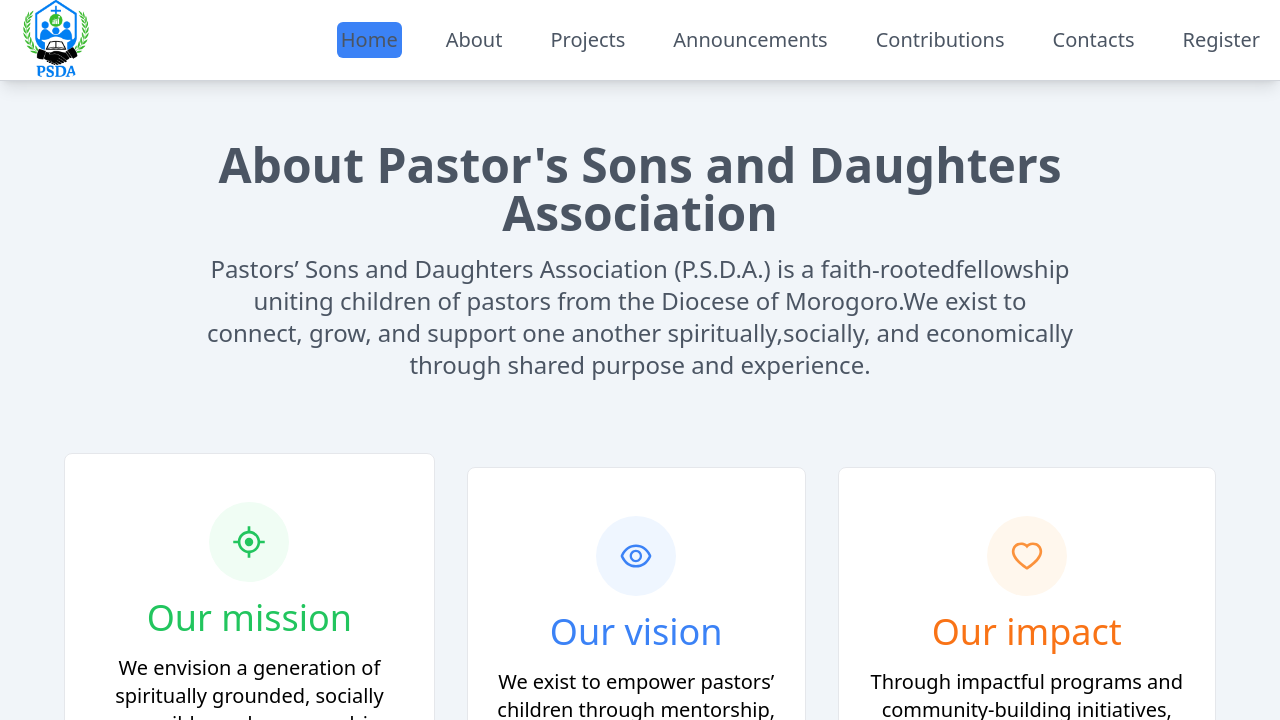
Repository: Zedestar/psda
Page: /about
These files come from the project's save history. The page is drawn as it stood at one moment and after the next save; the edit follows.
The browser window is 1280 px wide. The pictures show the whole page.
An inner scrolling area shows only its first screen. The project was rebuilt for these pictures with package versions that can differ from the ones it lists, and the page was loaded fresh each time. Also part of the build but not shown: src/components/button/full-rounded-button.jsx, src/components/homepic/index.jsx, src/pages/home/what-we-do.js, src/pages/home/home.jsx, src/components/cards/project-card.jsx, src/pages/projects/face-card-data.js, src/pages/projects/project-idea-data.js, src/pages/projects/projects-data.js and 10 more.

Above is the page before, as saved 2025-07-21 20:18:47.

### public/index.html
<!DOCTYPE html>
<html lang="en">
  <head>
    <meta charset="utf-8" />
    <link rel="icon" href="%PUBLIC_URL%/favicon.ico" />
    <meta name="viewport" content="width=device-width, initial-scale=1" />
    <meta name="theme-color" content="#000000" />
    <meta
      name="description"
      content="Web site created using create-react-app"
    />
    <!-- <link rel="apple-touch-icon" href="%PUBLIC_URL%/psdaImage.png" /> -->
    <!-- <link rel="manifest" href="%PUBLIC_URL%/manifest.json" /> -->

    <title>psda</title>
  </head>
  <body>
    <noscript>You need to enable JavaScript to run this app.</noscript>
    <div id="root"></div>

  </body>
</html>

### src/index.js
import React from "react";
import ReactDOM from "react-dom/client";
import App from "./App";
import "./index.css";
import { BrowserRouter } from "react-router-dom";

const root = ReactDOM.createRoot(document.getElementById("root"));
root.render(
  <BrowserRouter>
    <React.StrictMode>
      <App />
    </React.StrictMode>
  </BrowserRouter>
);

### src/App.js
import { Route, Routes } from "react-router-dom";
import Header from "./components/header/header";
import Home from "./pages/home/home";
import AboutPage from "./pages/about/about";
import Projects from "./pages/projects/projects";
import Announcements from "./pages/announcements/announcements";
import Contributions from "./pages/contirbutions/contributions";
import Contacts from "./pages/contacts/contacts";
import Register from "./pages/register/register.jsx";

function App() {
  return (
    <div className="flex flex-col items-center flex-center h-screen  bg-slate-100">
      <Header />
      <Routes>
        <Route path="/" element={<Home />} />
        <Route path="/about" element={<AboutPage />} />
        <Route path="/projects" element={<Projects />} />
        <Route path="/announcements" element={<Announcements />} />
        <Route path="/contributions" element={<Contributions />} />
        <Route path="/contact" element={<Contacts />} />
        <Route path="/register" element={<Register />} />
      </Routes>
    </div>
  );
}

export default App;

### src/components/header/header.jsx
import { useState } from "react";
import headerData from "./header-data";
import HeaderItem from "./header-item";
import psdaImage from "../../assets/images/psdaImage.png";

function Header() {
  const [active, setActive] = useState(1);
  return (
    <div className="w-full flex justify-center shadow-lg bg-white">
      <header className="w-full flex items-center justify-between px-4  border-b border-b-gray-300 max-w-screen-2xl">
        <div className="text-3xl rounded-full overflow-hidden">
          <img className="h-20 w-20" src={psdaImage} alt="" />
        </div>{" "}
        <ul className="hidden lg:flex justify-center py-5 space-x-10 flex-center">
          {headerData.map((item) => (
            <HeaderItem
              key={item.id}
              item={item}
              active={active}
              setActive={setActive}
            />
          ))}
        </ul>
        <ul className="lg:hidden">
          <li>miaaa</li>
          <li>miaaa</li>
          <li>miaaa</li>
          <li>miaaa</li>
          <li>miaaa</li>
        </ul>
      </header>
    </div>
  );
}

export default Header;

### src/pages/about/about.jsx
import FaceCard from "../../components/cards/face-card";
import LeadersCard from "../../components/cards/leaders-card";
import PrimaryCard from "../../components/cards/primary-card";
import SecondaryCard from "../../components/cards/secondary-card";
import TwoLinesCards from "../../components/cards/two-lines-card";
import Container from "../../components/container";
import aboutUsData from "./about-us-data";
import core_objectives_data from "./core-objective-goals-data";
import our_core_value_data from "./core-value-data";
import historyStatusData from "./history-status-data";
import leadersData from "./leaders-data";
import mission_vission_impact_data from "./mission-vission-impact";
import our_leadership_data from "./our-leadership-data";

function AboutPage() {
  return (
    <Container>
      <div className="flex flex-col m-5 space-y-6">
        {aboutUsData.map((item) => (
          <FaceCard item={item} />
        ))}
      </div>
      <div className="flex flex-col lg:flex-row items-center justify-around mx-12">
        {mission_vission_impact_data.map((item) => (
          <PrimaryCard item={item} />
        ))}
      </div>
      <div className="flex flex-col m-5 space-y-6">
        {our_core_value_data.map((item) => (
          <FaceCard item={item} />
        ))}
      </div>
      <div className="grid grid-cols-1 md:grid-cols-2 lg:grid-cols-3">
        {core_objectives_data.map((item) => (
          <SecondaryCard item={item} />
        ))}
      </div>
      <div className="flex flex-col lg:flex-row items-center ">
        <div className="flex flex-col  m-5 space-y-6 w-1/2">
          <p className="text-3xl font-semibold text-gray-800">
            Our Core Values
          </p>
          <p className="text-gray-600 text-xl">
            PSDA began in 2021 when a group of young leaders and mentors saw the
            need to support pastors’ children through a dedicated, faith-based
            community. Starting with just 12 members, we've grown into a strong
            network of sons and daughters walking similar journeys. What began
            as small fellowships has grown into a diverse program offering
            discipleship, leadership training, entrepreneurship, creative arts,
            and outreach—shaped by the voices of the members themselves. Today,
            our alumni are making meaningful impacts in ministry, business, and
            their communities, living out the purpose and values nurtured
            through PSDA.
          </p>
        </div>
        <div className="grid grid-cols-2">
          {historyStatusData.map((item) => (
            <TwoLinesCards item={item} />
          ))}
        </div>
      </div>
      <div className="flex flex-col m-5 space-y-6">
        {our_leadership_data.map((item) => (
          <FaceCard item={item} />
        ))}
      </div>
      <div className="flex">
        {leadersData.map((item) => (
          <LeadersCard item={item} />
        ))}
      </div>
    </Container>
  );
}

export default AboutPage;

### src/components/header/header-data.js
const headerData = [
  {
    id: 1,
    content: "Home",
    link: "/",
  },
  {
    id: 2,
    content: "About",
    link: "/about",
  },
  {
    id: 3,
    content: "Projects",
    link: "/projects",
  },
  {
    id: 4,
    content: "Announcements",
    link: "/announcements",
  },
  {
    id: 5,
    content: "Contributions",
    link: "/contributions",
  },
  {
    id: 6,
    content: "Contacts",
    link: "/contact",
  },
  {
    id: 7,
    content: "Register",
    link: "/register",
  },
];

export default headerData;

### src/components/header/header-item.jsx
import { Link } from "react-router-dom";

function HeaderItem({ item, active, setActive }) {
  console.log(active);
  return (
    <li
      className={`p-1 rounded-md text-xl text-gray-600 font-gray-100 hover:bg-gray-200 transition cursor-pointer ${
        item.id === active ? "bg-blue-500" : ""
      }`}
      onClick={() => setActive(item.id)}
    >
      <Link to={item.link}>{item.content}</Link>
    </li>
  );
}

export default HeaderItem;

### src/components/cards/primary-card.jsx
function PrimaryCard({ item }) {
  return (
    <div className="border flex flex-col justify-center mx-4 my-3 space-y-4 px-4 py-12 rounded-lg text-center max-w-lg hover:shadow-lg transition  bg-white">
      <div className="w-full flex items-center justify-center">
        <div
          className={`flex items-center justify-center rounded-full ${item.color} w-20 h-20`}
        >
          {item.icon}
        </div>
      </div>

      <p className={`text-4xl ${item.text_color}`}>{item.title}</p>
      <p className="text-xl">{item.content}</p>
    </div>
  );
}

export default PrimaryCard;

### src/components/cards/two-lines-card.jsx
function TwoLinesCards({ item }) {
  return (
    <div
      className={`flex items-center justify-center flex-col ${item.bgColor} px-5 py-3 m-5 rounded-lg w-64`}
    >
      <p className={`text-3xl font-bold ${item.textColor}`}>{item.number}</p>
      <p className="text-gray-400 ">{item.content}</p>
    </div>
  );
}

export default TwoLinesCards;

### src/pages/home/psda-highlights.js
import {
  FaUsers,
  FaPalette,
  FaLaptopCode,
  //   GiProgression,
  FaChild,
} from "react-icons/fa";

const psdaHighlights = [
  {
    id: 1,
    title: "Community Building",
    content:
      "We connect young people to form lasting friendships and supportive peer networks that strengthen communities.",
    icon: <FaUsers className="text-4xl text-blue-400" />,
    color: "bg-blue-50",
    text_color: "text-gray-500",
  },
  {
    id: 2,
    title: "Creative Projects",
    content:
      "Our programs encourage hands-on learning through art, technology, and community improvement initiatives.",
    icon: <FaPalette className="text-4xl text-blue-400" />,
    color: "bg-blue-50",
    text_color: "text-gray-500",
  },
  {
    id: 3,
    title: "Character Development",
    content:
      "We help children build confidence, leadership skills, and positive values that prepare them for life’s challenges.",
    icon: <FaLaptopCode className="text-4xl text-blue-400" />,
    color: "bg-blue-50",
    text_color: "text-gray-500",
  },
  {
    id: 4,
    title: "Achievement Recognition",
    content:
      "We celebrate every milestone and accomplishment to inspire pride, motivation, and continued growth.",
    icon: <FaChild className="text-4xl text-blue-400" />,
    color: "bg-blue-50",
    text_color: "text-gray-500",
  },
];

export default psdaHighlights;

### src/components/cards/face-card.jsx
function FaceCard({ item }) {
  return (
    <div className="space-y-4 flex flex-col items-center justify-center">
      <p className="text-5xl w-[80%] font-bold text-gray-600 text-center">
        {item.title}
      </p>
      <p className="text-2xl w-[70%] text-center text-gray-600">
        {item.description}
      </p>
    </div>
  );
}

export default FaceCard;

### src/components/cards/leaders-card.jsx
function LeadersCard({ item }) {
  return (
    <div className="border flex flex-col justify-center mx-4 my-3 space-y-4 px-4 py-12 rounded-lg text-center max-w-lg hover:shadow-lg transition  bg-white">
      <div className="w-full flex items-center justify-center ">
        <div className="flex items-center justify-center text-3xl rounded-full w-20 h-20 bg-gradient-to-br from-blue-400 to-green-500">
          {item.initials}
        </div>
      </div>

      <p className="text-2xl font-bold">{item.name}</p>
      <p className="text-xl text-blue-500">{item.title}</p>
      <p className="text-lg">{item.description}</p>
    </div>
  );
}

export default LeadersCard;

### src/components/cards/secondary-card.jsx
function SecondaryCard({ item }) {
  return (
    <div className="border flex flex-col justify-center mx-4 my-3 h-82 w-82 space-y-4 px-4 py-12 rounded-lg text-start max-w-lg hover:scale-105 transition  bg-white">
      <div className="w-full flex items-center justify-start">
        <div
          className={`flex items-center justify-center rounded-full ${item.color} w-20 h-20`}
        >
          {item.icon}
        </div>
      </div>

      <p className={`text-4xl ${item.text_color}`}>{item.title}</p>
      <p className="text-xl">{item.content}</p>
    </div>
  );
}

export default SecondaryCard;

### src/components/container/index.jsx
function Container({ children }) {
  return (
    <div className="w-full h-full flex justify-center overflow-x-scroll">
      <div className="w-full h-full py-10 space-y-10 max-w-screen-2xl flex flex-col items-center">
        {children}
      </div>
    </div>
  );
}

export default Container;

### src/pages/about/about-us-data.js
const aboutUsData = [
  {
    title: "About Pastor's Sons and Daughters Association",
    description:
      "Pastors’ Sons and Daughters Association (P.S.D.A.) is a faith-rootedfellowship uniting children of pastors from the Diocese of Morogoro.We exist to connect, grow, and support one another spiritually,socially, and economically through shared purpose and experience.",
  },
];

export default aboutUsData;

### src/pages/about/core-objective-goals-data.js
import {
  AiOutlineTeam,
  AiOutlineBulb,
  AiOutlineTool,
  AiOutlineStar,
  AiOutlineGift,
} from "react-icons/ai";

const core_objectives_data = [
  {
    id: 1,
    title: "Fellowship and Networking",
    content:
      "To foster strong, lasting relationships among pastors' children by encouraging unity, love, and mutual support within the community.",
    icon: <AiOutlineTeam className="text-4xl text-teal-500" />,
    color: "bg-teal-50",
    text_color: "text-teal-500",
  },
  {
    id: 2,
    title: "Opportunity Awareness",
    content:
      "To actively seek out and share opportunities for growth, development, and advancement—both spiritually and economically.",
    icon: <AiOutlineBulb className="text-4xl text-purple-500" />,
    color: "bg-purple-50",
    text_color: "text-purple-500",
  },
  {
    id: 3,
    title: "Problem Solving",
    content:
      "To openly discuss and confront common challenges we face as a community, and work hand in hand to find sustainable solutions.",
    icon: <AiOutlineTool className="text-4xl text-yellow-500" />,
    color: "bg-yellow-50",
    text_color: "text-yellow-500",
  },
  {
    id: 4,
    title: "Talent Discovery & Development",
    content:
      "To identify, nurture, and empower the God-given talents within us, enabling every member to reach their full potential.",
    icon: <AiOutlineStar className="text-4xl text-pink-500" />,
    color: "bg-pink-50",
    text_color: "text-pink-500",
  },
  {
    id: 5,
    title: "Support for Our Parents",
    content:
      "To express gratitude and honor our pastoral parents by supporting them in practical ways—spiritually, emotionally, and materially.",
    icon: <AiOutlineGift className="text-4xl text-red-500" />,
    color: "bg-red-50",
    text_color: "text-red-500",
  },
];

export default core_objectives_data;

### src/pages/about/core-value-data.js
const our_core_value_data = [
  {
    title: "Our Core Values",
    description:
      "These values guide everything we do and shape the character of our community, influencing how we lead, serve, and grow together. They are the foundation of our decisions, the compass in our challenges, and the inspiration behind every initiative we pursue.",
  },
];

export default our_core_value_data;

### src/pages/about/history-status-data.js
const historyStatusData = [
  {
    id: 1,
    number: "2021",
    content: "Founded",
    textColor: "text-blue-400",
    bgColor: "bg-blue-100",
  },
  {
    id: 2,
    number: "25+",
    content: "Projects",
    textColor: "text-green-300",
    bgColor: "bg-green-50",
  },
  {
    id: 1,
    number: "2021",
    content: "Founded",
    textColor: "text-orange-400",
    bgColor: "bg-orange-100",
  },
  {
    id: 1,
    number: "2021",
    content: "Founded",
    textColor: "text-rose-400",
    bgColor: "bg-rose-100",
  },
];

export default historyStatusData;

### src/pages/about/leaders-data.js
const leadersData = [
  {
    name: "Idone Mahungo",
    title: "Executive Director",
    description:
      "10+ years experience in youth development and community organizing.",
    initials: "IM",
  },
  {
    name: "Michael Chen",
    title: "Program Manager",
    description:
      "Expert in educational outreach and volunteer coordination, with 8 years of experience.",
    initials: "MC",
  },
  {
    name: "Emily Davis",
    title: "Community Engagement Lead",
    description:
      "Specializes in fostering community partnerships and event planning, 12 years in the field.",
    initials: "ED",
  },
];

export default leadersData;

### src/pages/about/mission-vission-impact.js
import { AiOutlineAim, AiOutlineEye, AiOutlineHeart } from "react-icons/ai";

const mission_vission_impact_data = [
  {
    id: 1,
    title: "Our mission",
    content:
      "We envision a generation of spiritually grounded, socially responsible, and purpose-driven leaders from pastoral families who carry forward a legacy of faith, compassion, and community influence.",

    icon: <AiOutlineAim className="text-4xl text-green-500" />,
    color: "bg-green-50",
    text_color: "text-green-500",
  },
  {
    id: 2,
    title: "Our vision",
    content:
      "We exist to empower pastors’ children through mentorship, discipleship, skill-building, and fellowship—equipping them to thrive in every area of life and fulfill their divine calling.",
    icon: <AiOutlineEye className="text-4xl text-blue-500" />,
    color: "bg-blue-50",
    text_color: "text-blue-500",
  },
  {
    id: 3,
    title: "Our impact",
    content:
      "Through impactful programs and community-building initiatives, P.S.D.A. is restoring identity, building leadership, and inspiring pastors’ children to walk boldly in purpose while honoring their heritage.",
    icon: <AiOutlineHeart className="text-4xl text-orange-400" />,
    color: "bg-orange-50",
    text_color: "text-orange-500",
  },
];

export default mission_vission_impact_data;

### src/pages/about/our-leadership-data.js
const our_leadership_data = [
  {
    title: "Our Leadership Team",
    description:
      "Meet the dedicated professionals who guide our mission and support our young members every day. With passion, expertise, and a deep commitment to positive change, they mentor, inspire, and work tirelessly behind the scenes to ensure every young voice is heard, valued, and empowered.",
  },
];

export default our_leadership_data;

### tailwind.config.js
/** @type {import('tailwindcss').Config} */
module.exports = {
  content: ["./src/**/*.{js,jsx,ts,tsx}"],
  theme: {
    extend: {
      colors: {
        psdaGreen: "#1A8F57",
      },
    },
  },
  plugins: [],
};

Loaded but not shown: src/index.css (common file); src/components/homepic/index.css (no stored copy; drawn as an empty file)

After the next save:
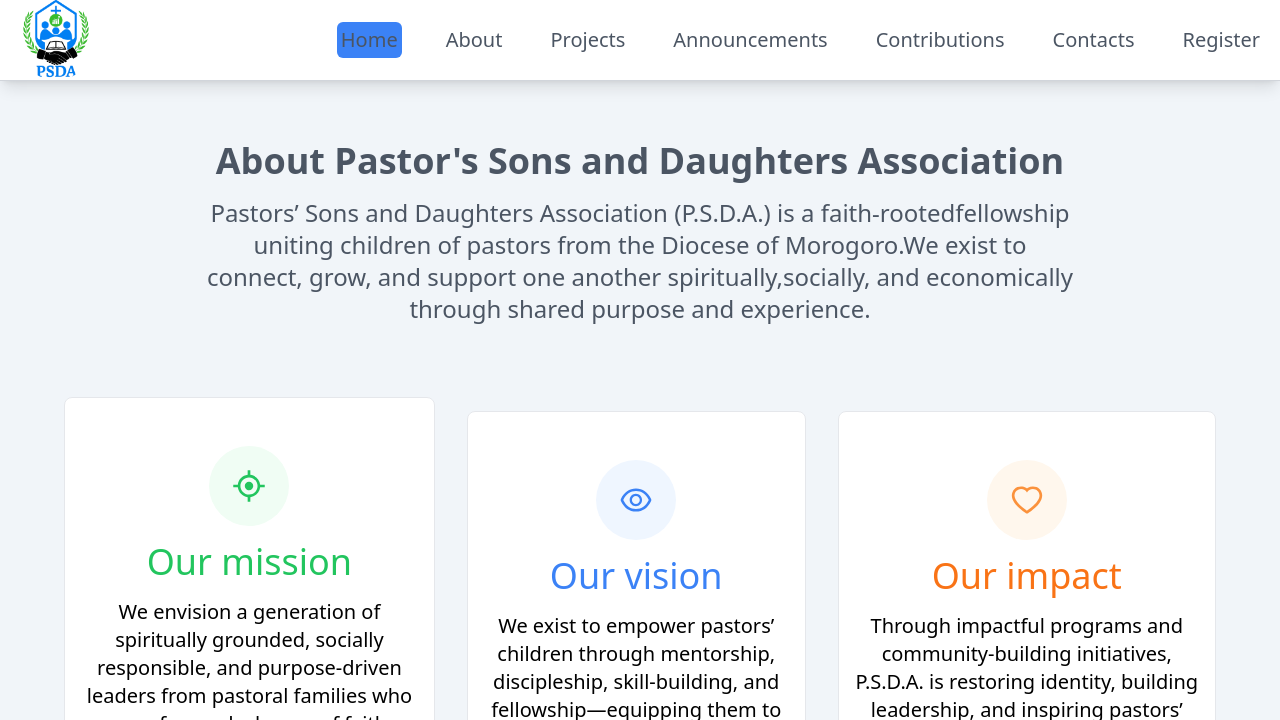
Saved 14 s later.
--- a/src/components/cards/face-card.jsx
+++ b/src/components/cards/face-card.jsx
@@ -1,7 +1,7 @@
 function FaceCard({ item }) {
   return (
     <div className="space-y-4 flex flex-col items-center justify-center">
-      <p className="text-5xl w-[80%] font-bold text-gray-600 text-center">
+      <p className="text-4xl w-[80%] font-bold text-gray-600 text-center">
         {item.title}
       </p>
       <p className="text-2xl w-[70%] text-center text-gray-600">

After the save that followed:
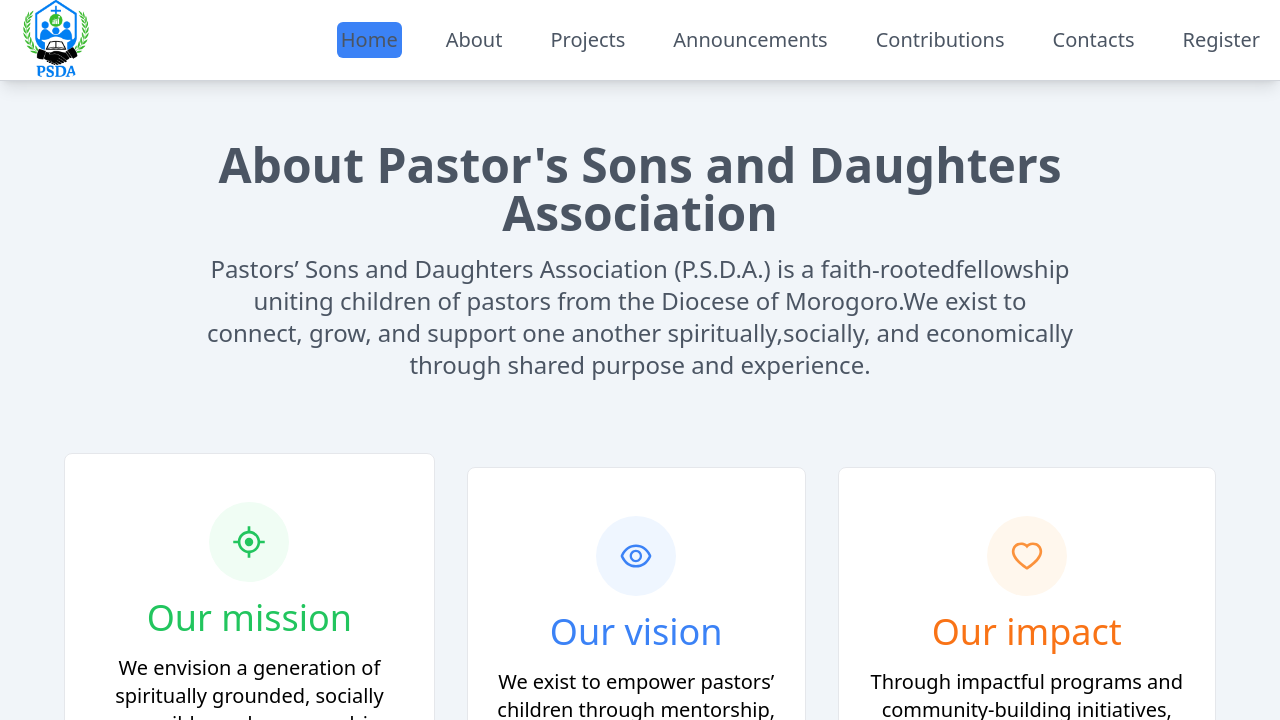
Saved 5 min 31 s later.
--- a/src/components/cards/face-card.jsx
+++ b/src/components/cards/face-card.jsx
@@ -1,7 +1,7 @@
 function FaceCard({ item }) {
   return (
     <div className="space-y-4 flex flex-col items-center justify-center">
-      <p className="text-4xl w-[80%] font-bold text-gray-600 text-center">
+      <p className="text-5xl w-[80%] font-bold text-gray-600 text-center">
         {item.title}
       </p>
       <p className="text-2xl w-[70%] text-center text-gray-600">
